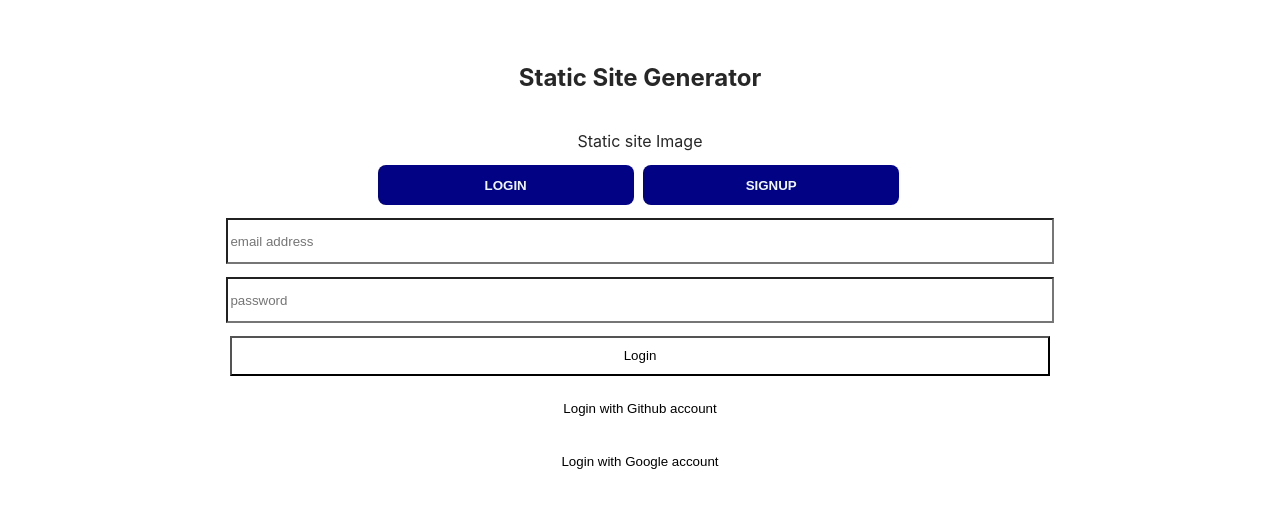
Repository: ValGrace/-static-site
Page: / (app in client/)
The author's editor kept a copy of each file at every save. The page is drawn from the files as they stood at one save, then again after the next save.
The browser window is 1280 px wide. The pictures show the whole page.
The project was rebuilt for these pictures with package versions that can differ from the ones it lists, and the page was loaded fresh each time. Also part of the build but not shown: client/vite.config.js, client/src/Components/Signup.jsx, client/src/Pages/HomePage.jsx.

Above is the page before, as saved 2023-02-05 08:41:26.

After the next save:
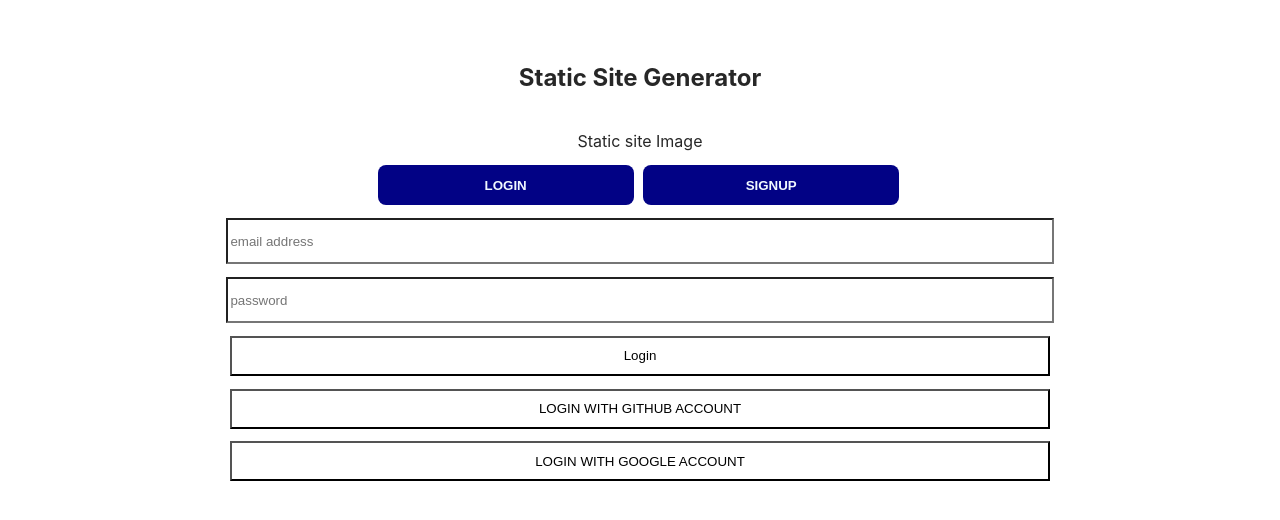
Saved 20 s later.
--- a/client/src/Components/Inputs.css
+++ b/client/src/Components/Inputs.css
@@ -43,5 +43,5 @@ input, button {
 }
 
 #auth-btns {
-    border: none;
+    text-transform: uppercase;
 }
